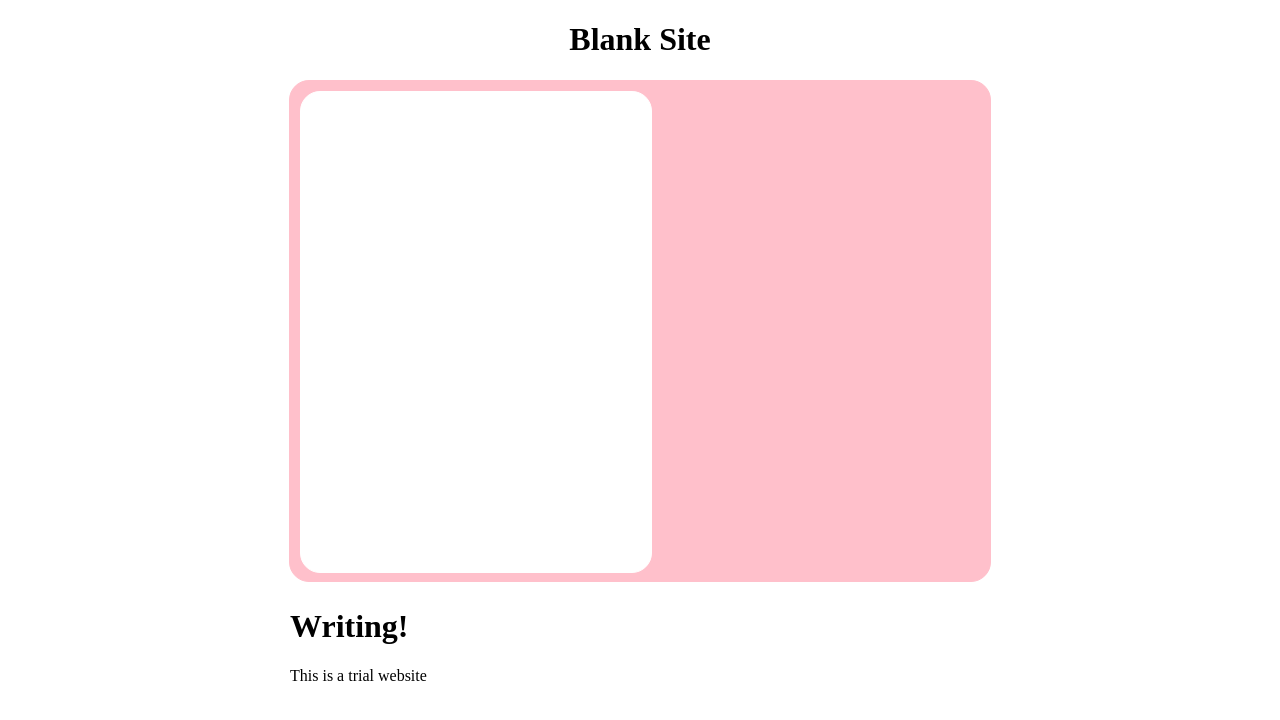
Repository: yhung004/Blank_Project
Page: index.html
The author's editor kept a copy of each file at every save. The page is drawn from the files as they stood at one save, then again after the next save.
The browser window is 1280 px wide. The pictures show the whole page.

Above is the page before, as saved 2024-04-04 02:38:50.

After the next save:
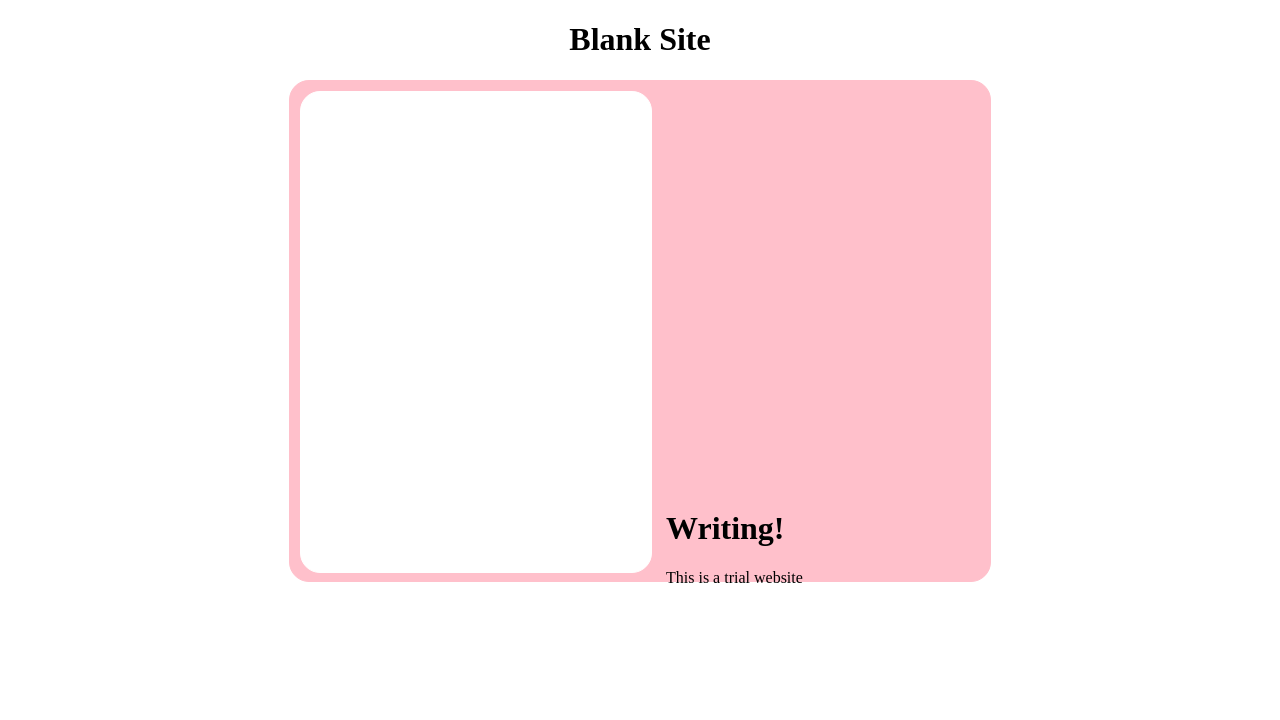
Saved 8 s later.
--- a/index.css
+++ b/index.css
@@ -19,5 +19,5 @@
     display: inline-block;
 }
 .words {
-    display:inline;
+    display:inline-block;
 }

After the 4 saves that followed:
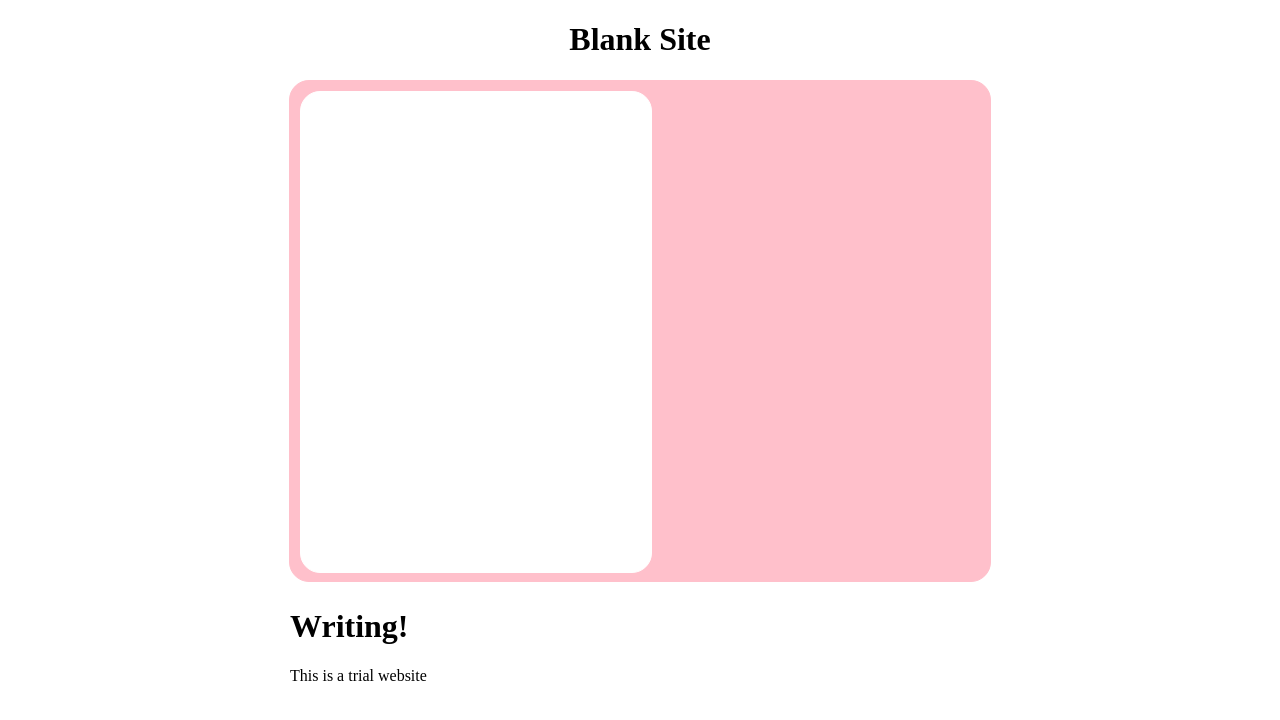
The 4 saves are shown as one change because 3 left the picture as it was.
The last was saved 68 s later.
--- a/index.css
+++ b/index.css
@@ -19,5 +19,6 @@
     display: inline-block;
 }
 .words {
-    display:inline-block;
+    display:inline;
+    float: top right;
 }
